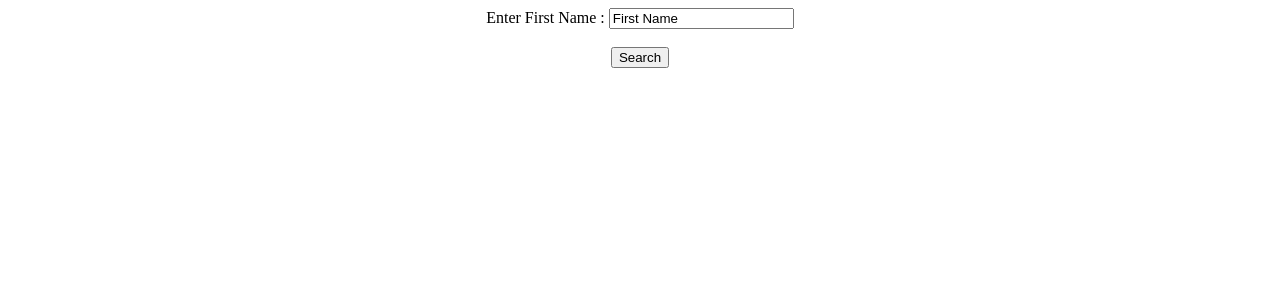
Repository: priyankamergu/MyAllProjects
Page: http://localhost/NewTrainingServlet/Delete.jsp
These files come from the project's save history. The page is drawn as it stood at one moment and after the next save; the edit follows.
The browser window is 1280 px wide. The pictures show the whole page.
The page is served by Tomcat 9.

Above is the page before, as saved 2019-11-08 05:45:44.

After the next save:
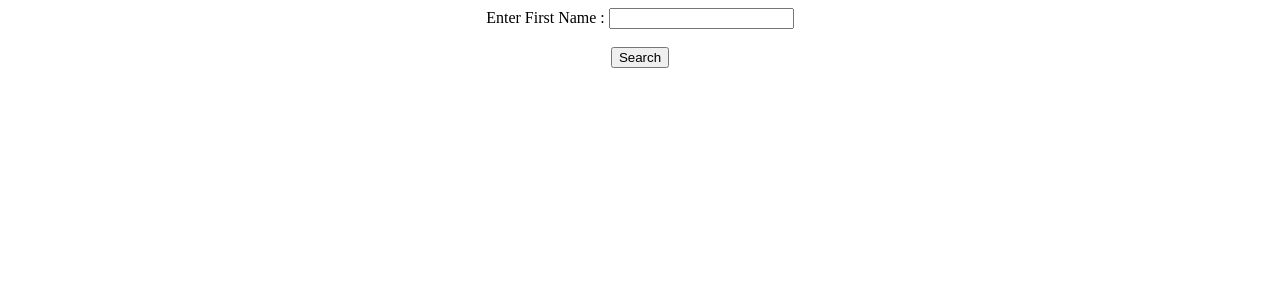
Saved 26 s later.
--- a/Workspace_JEE7_WEB/NewTrainingServlet/WebContent/Delete.jsp
+++ b/Workspace_JEE7_WEB/NewTrainingServlet/WebContent/Delete.jsp
@@ -8,8 +8,8 @@
 </head>
 <body>
 <center>
-<form action="PerticularDetailShow.jsp">
-Enter First Name : <input type="text" name="fname" value="First Name"><br><br>
+<form action="DeleteDetail.jsp">
+Enter First Name : <input type="text" name="fname"><br><br>
 <input type="Submit" value="Search">
 
 </form>
